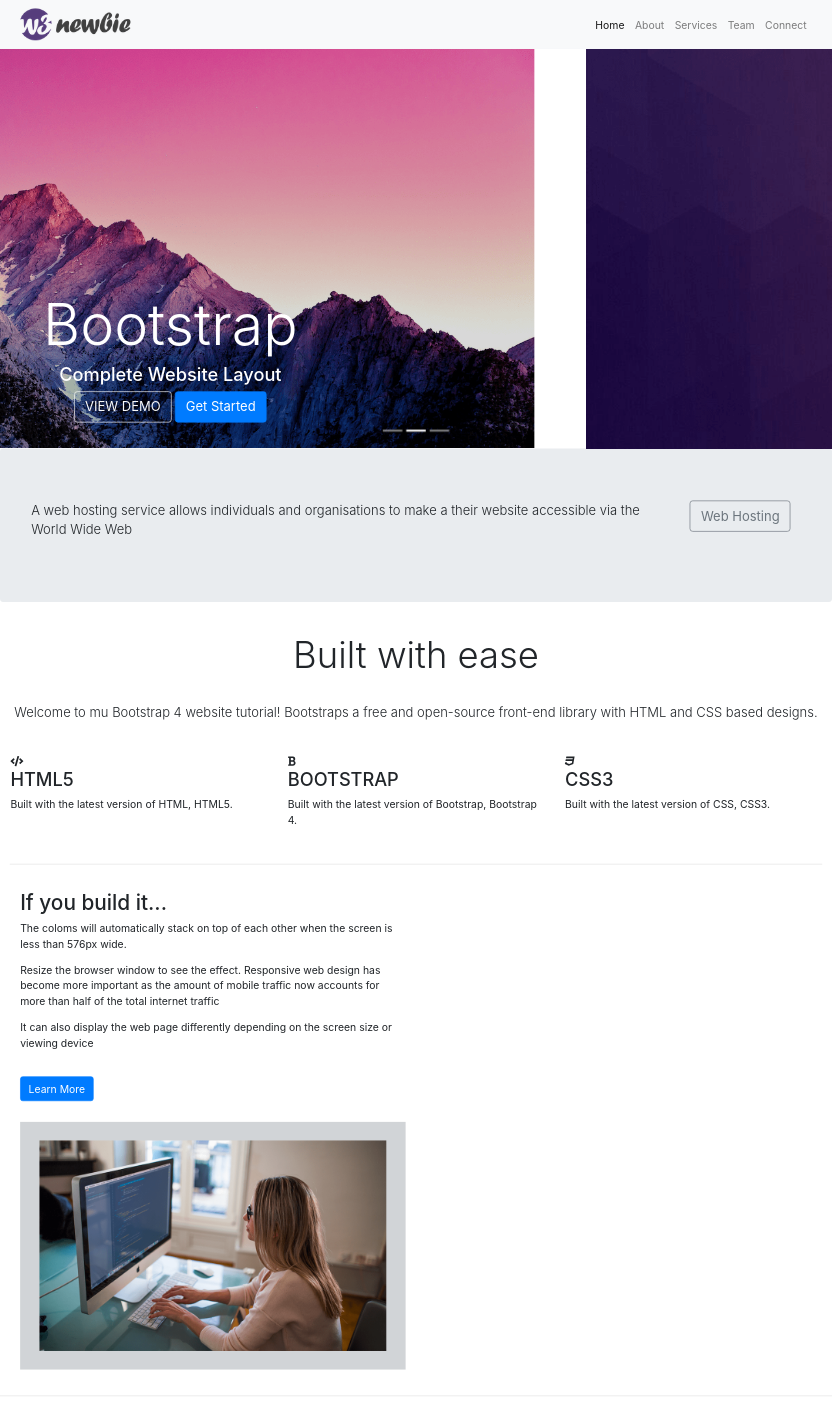
Repository: rkyankya/Bootstrap-1
Page: index.html
These files come from the project's save history. The page is drawn as it stood at one moment and after the next save; the edit follows.
The browser window is 1280 px wide. The pictures show the whole page, at 65% of full size.
Some web libraries are served in a nearby version.

Above is the page before, as saved 2019-12-15 18:49:55.

After the next save:
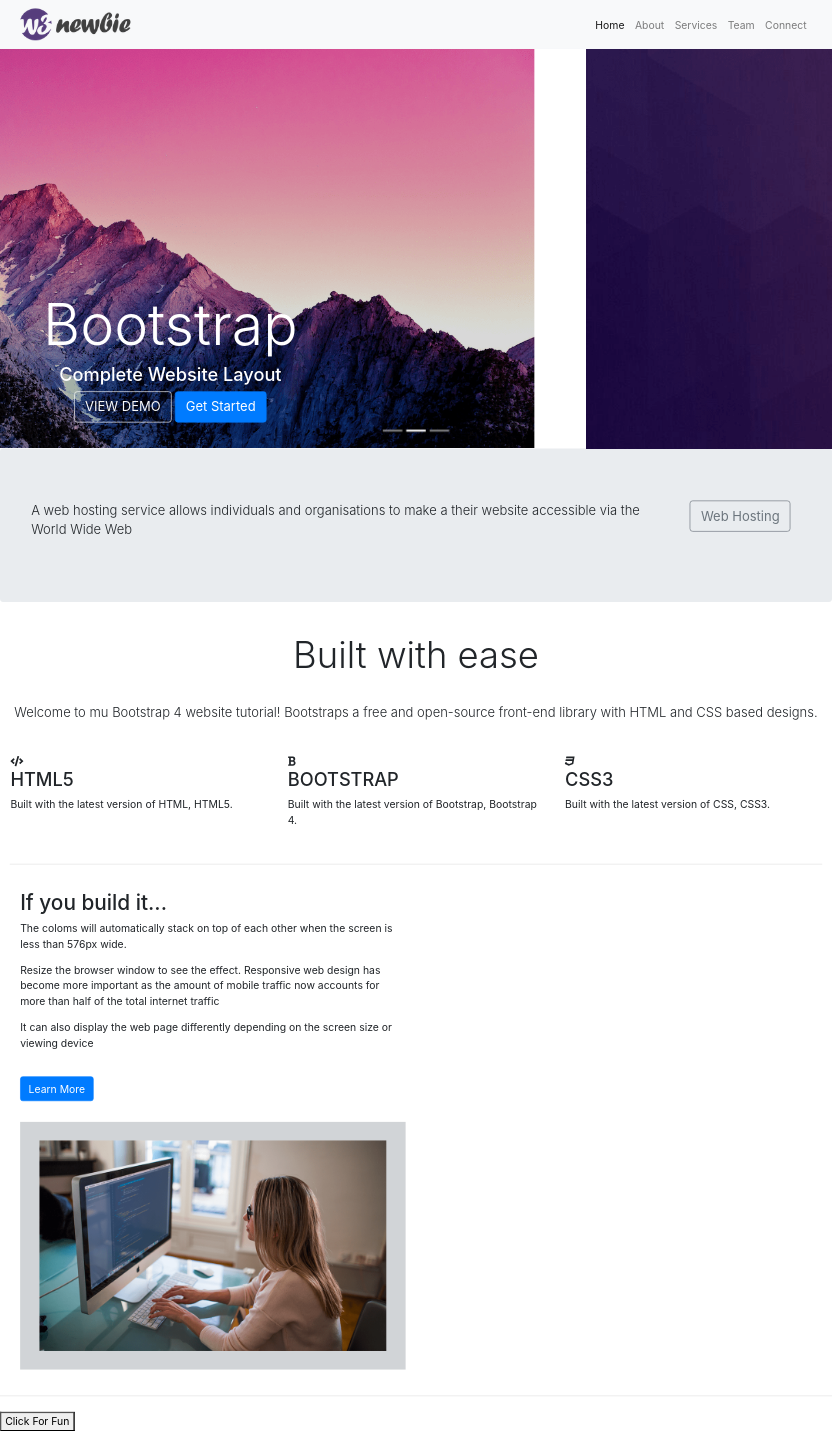
Saved 92 min 8 s later.
--- a/index.html
+++ b/index.html
@@ -151,8 +151,18 @@
     </figure>
 
 
+    <!--- Emoji Section -->
+    <button class="fun" data-toggle="collapse" data-target="#emoji">Click For Fun</button>
+    <div id="emoji" class="collapse">
+        <div class="container-fluid padding">
+            <div class="row text-center">
+                <div class="col-sm-6 col-md-3">
+                    <img class="gif" src="img/gif/panda.gif">
 
-    <!--- Emoji Section -->
+                </div>
+            </div>
+        </div>
+    </div>
 
 
     <!--- Meet the team -->
